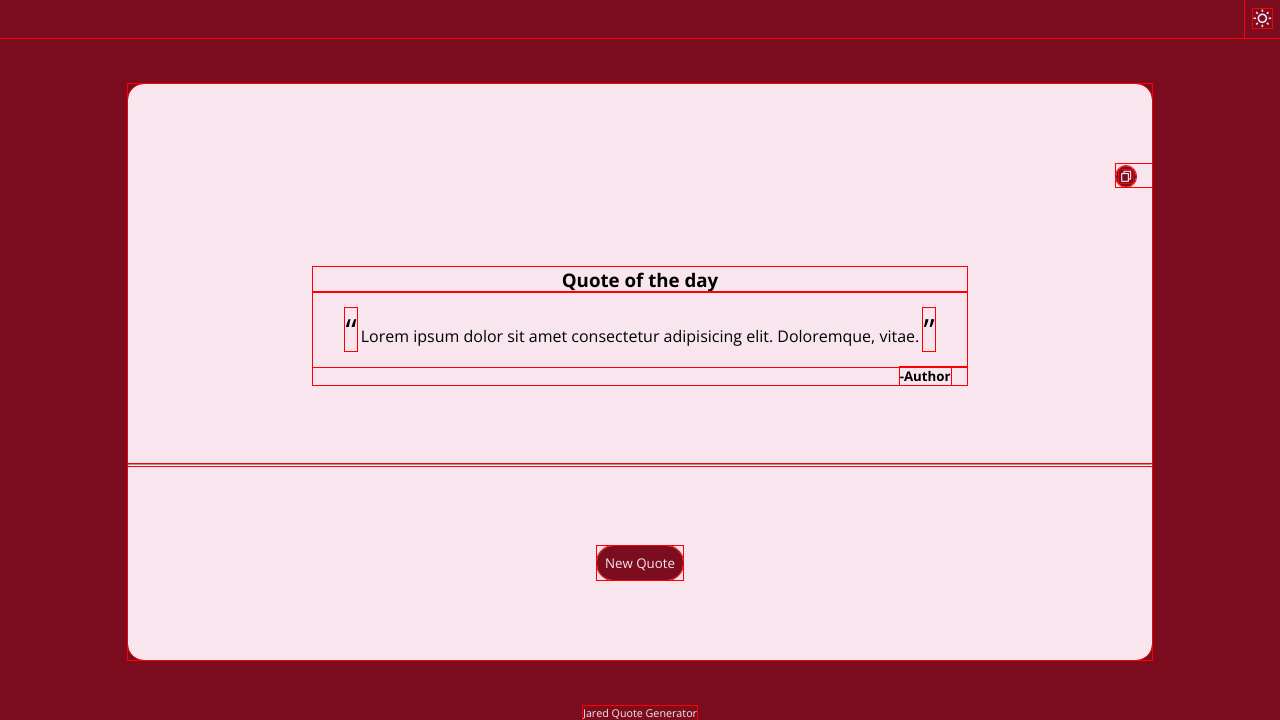
Repository: EguJaredoBoyd/Jared-Quote-Generator
Page: html/main.html
The author's editor kept a copy of each file at every save. The page is drawn from the files as they stood at one save, then again after the next save.
The browser window is 1280 px wide. The pictures show the whole page.
Some web libraries are served in a nearby version.

Above is the page before, as saved 2026-01-09 20:59:32.

### html/main.html
<!DOCTYPE html>
<html lang="en">
  <head>
    <meta charset="UTF-8" />
    <meta name="viewport" content="width=device-width, initial-scale=1.0" />
    <link rel="stylesheet" href="../css/style.css" />
    <script src="../js/main.js" defer></script>
    <link
      href="https://cdn.jsdelivr.net/npm/remixicon@4.8.0/fonts/remixicon.css"
      rel="stylesheet"
    />
    <link rel="preconnect" href="https://fonts.googleapis.com" />
    <link rel="preconnect" href="https://fonts.gstatic.com" crossorigin />
    <link
      href="https://fonts.googleapis.com/css2?family=Open+Sans:ital,wght@0,300..800;1,300..800&display=swap"
      rel="stylesheet"
    />
    <title>Document</title>
  </head>
  <body>
    <div class="container">
      <header>
        <button><i class="ri-sun-line"></i></button>
      </header>
      <main>
        <div class="quote-container">
          <div class="quote-container__copy">
            <button><i class="ri-file-copy-line"></i></button>
          </div>
          <div class="quote-container__quotes">
            <h3>Quote of the day</h3>
            <p>
              <span>&ldquo;</span> Lorem ipsum dolor sit amet consectetur
              adipisicing elit. Doloremque, vitae. <span>&rdquo;</span>
            </p>
            <div class="quote-container__author">
              <h5>-Author</h5>
            </div>
          </div>
          <hr />
          <div class="quote-container__new--quote">
            <button>New Quote</button>
          </div>
        </div>
      </main>
      <footer>
        <div class="footer__developer">
          <h6>Jared Quote Generator</h6>
        </div>
      </footer>
    </div>
  </body>
</html>

### css/style.css
* {
  margin: 0;
  padding: 0;
  box-sizing: border-box;

  outline: 1px solid red;
}

:root {
  --background-color: #7b0d1e;
  --card-color: #f8e5ee;
  --text-color: black;
  --button-color: #7b0d1e;
}

html {
  font-size: 16px;
}

.lighter-theme {
  --background-color: #f8e5ee;
  --card-color: #7b0d1e;
  --text-color: whitesmoke;
  --button-color: #f8e5ee;
}

body {
  font-family: "Open Sans", sans-serif;
  background-color: var(--background-color);
}

.container {
  height: 100vh;
  display: flex;
  flex-direction: column;
  justify-content: space-between;
  align-items: center;
}

header {
  display: flex;
  justify-content: flex-end;
  width: 100%;
}

header button {
  border: none;
  background: none;
  color: var(--card-color);
  font-size: larger;
  padding: 0.5rem;
}

.quote-container {
  display: flex;
  flex-direction: column;
  justify-content: space-evenly;
  align-items: center;
  height: 80vh;
  width: 80vw;
  max-width: 80vw;
  background-color: var(--card-color);
  border-radius: 1rem;
}

.quote-container__copy {
  align-self: self-end;
  padding-right: 1rem;
}

.quote-container__copy button {
  background-color: var(--button-color);
  color: var(--card-color);
  border: none;
  border-radius: 1rem;
  padding: 0.2rem;
}

.quote-container__quotes {
  max-width: 100%;
  max-height: 100%;
}

.quote-container__quotes h3 {
  text-align: center;
}

.quote-container__quotes p {
  max-width: 100%;
  max-height: 40vh;
  overflow-y: auto;
  padding: 1rem 2rem;
  overflow-wrap: break-word;
  text-align: center;
}

.quote-container__quotes span {
  font-size: 2rem;
}

.quote-container__author {
  justify-self: end;
  padding-right: 1rem;
}

.quote-container hr {
  width: 100%;
}

.quote-container__new--quote button {
  background-color: var(--button-color);
  color: var(--card-color);
  padding: 0.5rem;
  border: none;
  border-radius: 1rem;
  font-family: "Open Sans", sans-serif;
}

.footer__developer h6 {
  color: var(--card-color);
  font-weight: 300;
}

Loaded but not shown: js/main.js (no copy from this time; the picture is the same without it)

After the next save:
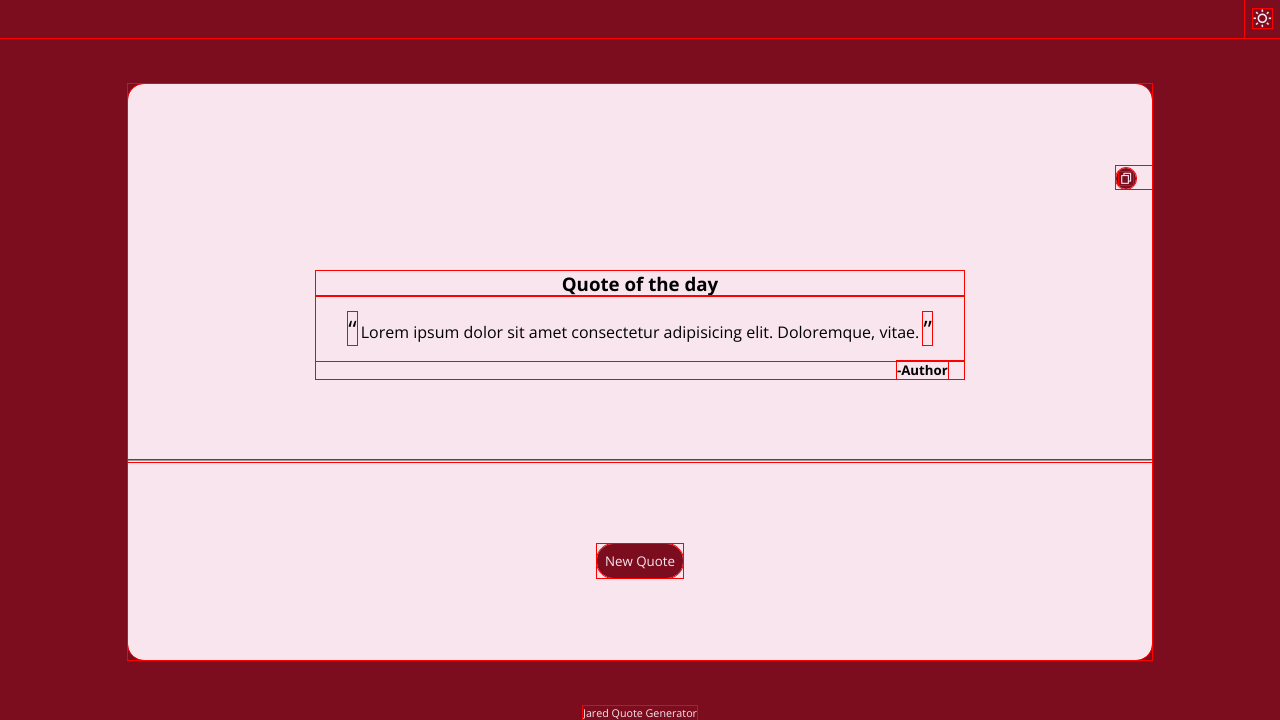
Saved 16 s later.
--- a/css/style.css
+++ b/css/style.css
@@ -95,7 +95,7 @@ header button {
 }
 
 .quote-container__quotes span {
-  font-size: 2rem;
+  font-size: 1.5rem;
 }
 
 .quote-container__author {
